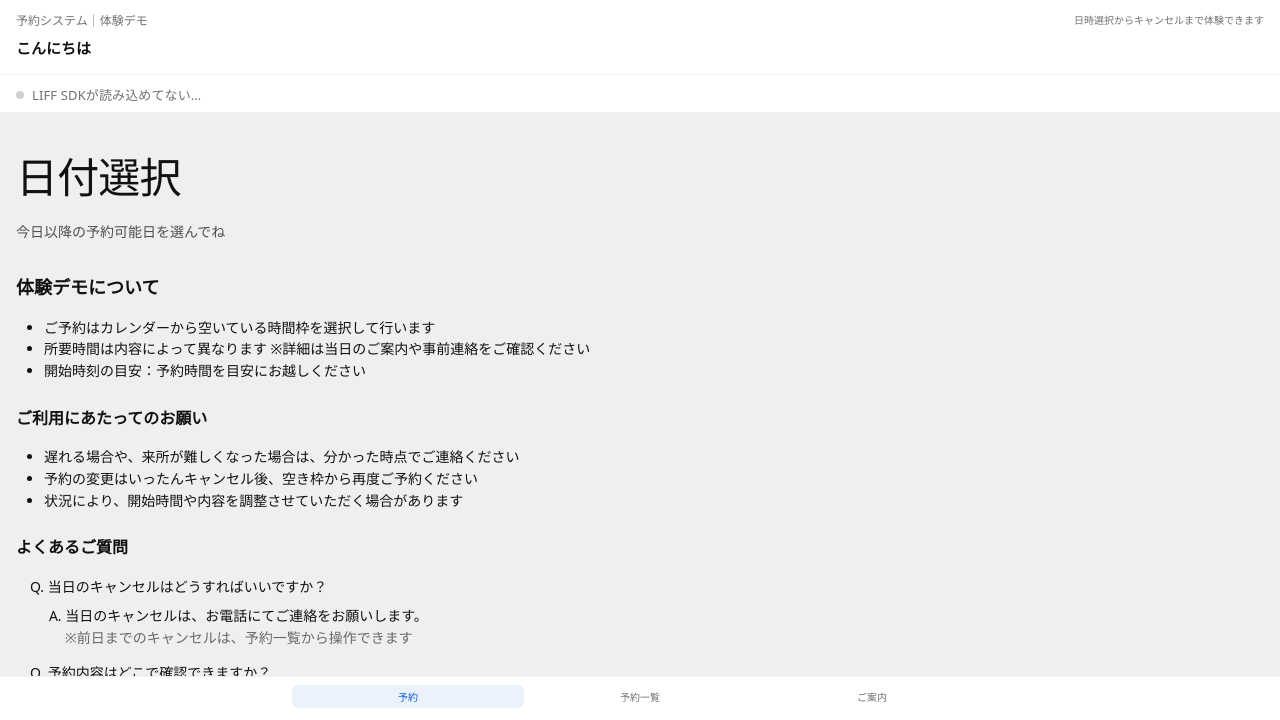
Repository: kazucv/reservation-demo
Page: index.html
An editor plug-in stored every save of this project. The page is shown before and after the next save, followed by the edit.
The browser window is 1280 px wide. The pictures show the whole page.
Some icons come from a web library that is not loaded, so they are not drawn. An inner scrolling area shows only its first screen.

Above is the page before, as saved 2026-10-28 11:42:28.

After the next save:
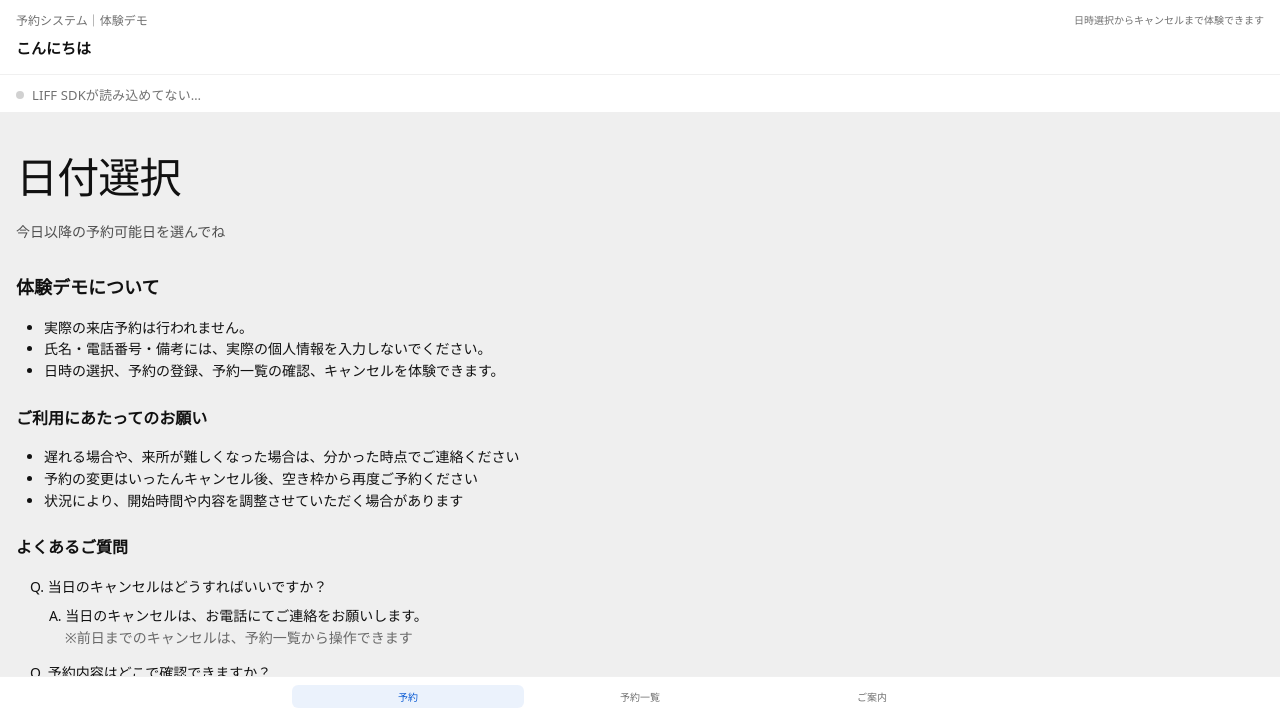
Saved 14 s later.
--- a/index.html
+++ b/index.html
@@ -844,12 +844,9 @@
             <h2 class="calendar-note__title">体験デモについて</h2>
 
             <ul class="calendar-note__list">
-              <li>ご予約はカレンダーから空いている時間枠を選択して行います</li>
-              <li>
-                所要時間は内容によって異なります
-                <span class="calendar-note__sub">※詳細は当日のご案内や事前連絡をご確認ください</span>
-              </li>
-              <li>開始時刻の目安：予約時間を目安にお越しください</li>
+              <li>実際の来店予約は行われません。</li>
+              <li>氏名・電話番号・備考には、実際の個人情報を入力しないでください。</li>
+              <li>日時の選択、予約の登録、予約一覧の確認、キャンセルを体験できます。</li>
             </ul>
 
             <h3 class="calendar-note__subtitle">ご利用にあたってのお願い</h3>
